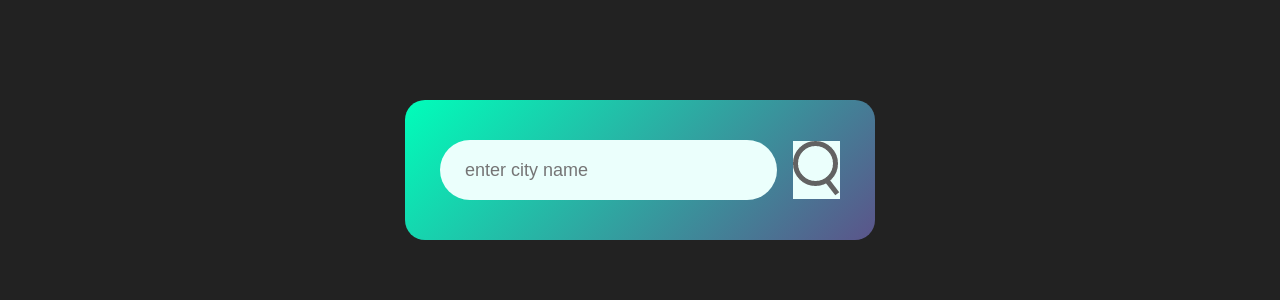
Repository: Alphosmart/weather
Page: index.html
The author's editor kept a copy of each file at every save. The page is drawn from the files as they stood at one save, then again after the next save.
The browser window is 1280 px wide. The pictures show the whole page.

Above is the page before, as saved 2024-07-17 16:28:41.

After the next save:
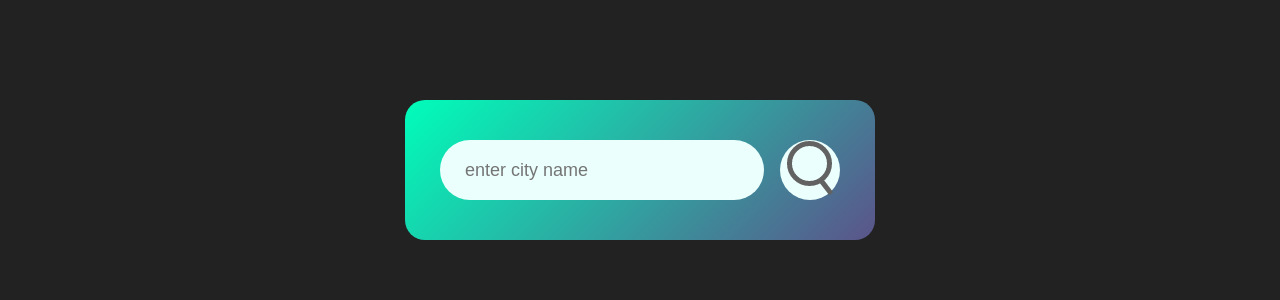
Saved 34 s later.
--- a/style.css
+++ b/style.css
@@ -44,4 +44,8 @@ body {
   border: 0;
   outline: 0;
   background: #ebfffc;
+  border-radius: 50%;
+  width: 60px;
+  height: 60px;
+  cursor: pointer;
 }
